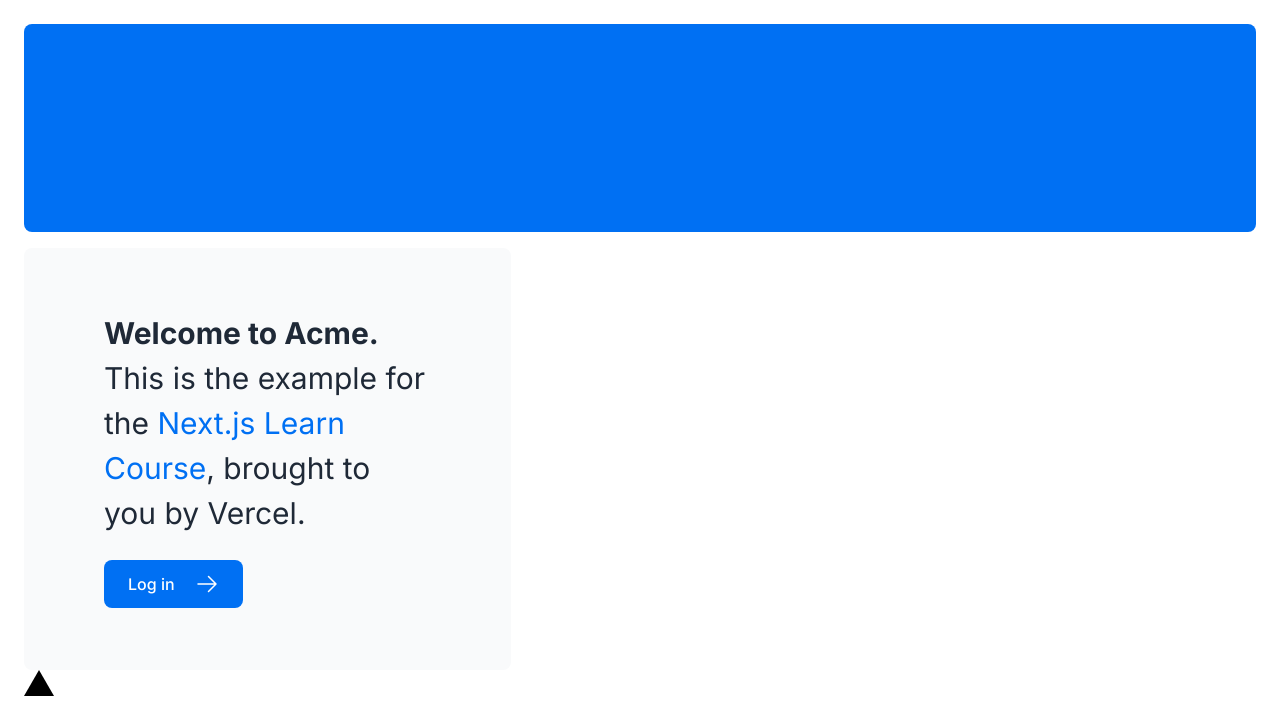
Repository: pdhakal906/nextjs-dashboard
Page: /
These files come from the project's save history. The page is drawn as it stood at one moment and after the next save; the edit follows.
The browser window is 1280 px wide. The pictures show the whole page.
Some web fonts or font styles are not loaded; a fallback is used. The project was rebuilt for these pictures with package versions that can differ from the ones it lists, and the page was loaded fresh each time. The framework's server and built-in components were replaced by stand-ins that run in the browser. Also part of the build but not shown: next.config.ts.

Above is the page before, as saved 2025-02-10 13:53:37.

After the next save:
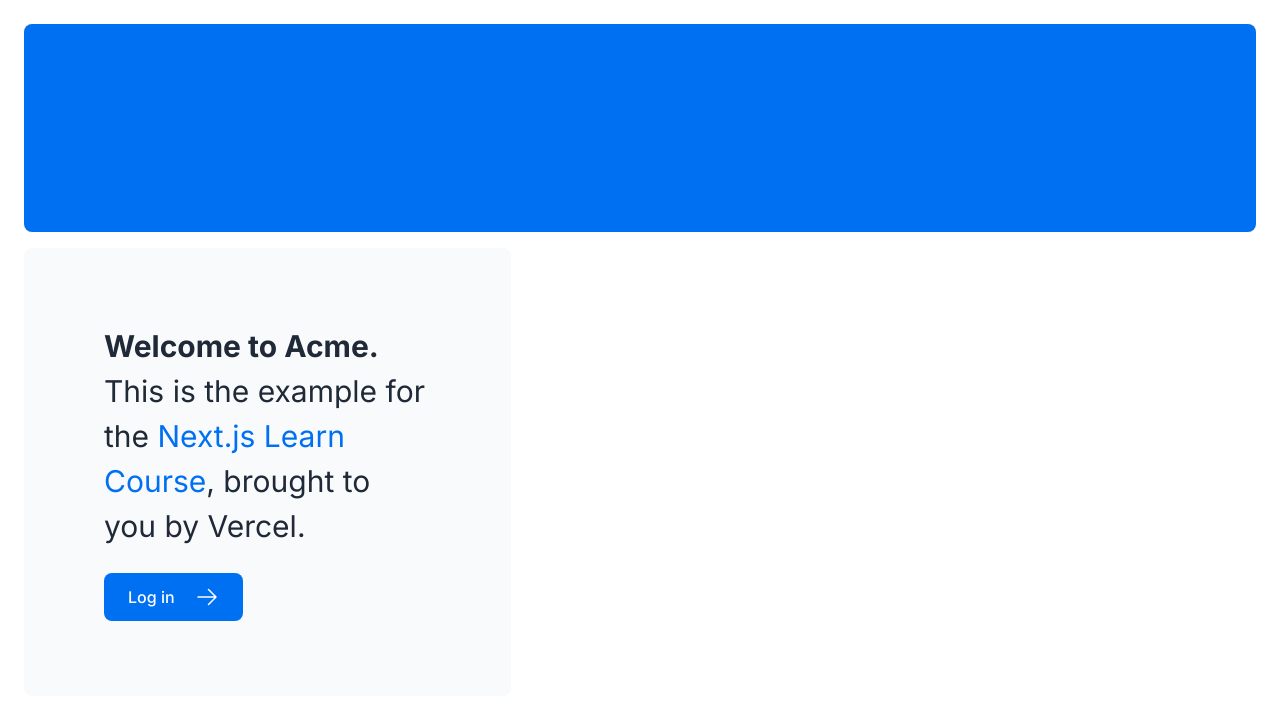
Saved 32 s later.
--- a/app/page.tsx
+++ b/app/page.tsx
@@ -29,9 +29,6 @@
         </div>
 
       </div>
-      <div
-        className="relative w-0 h-0 border-l-[15px] border-r-[15px] border-b-[26px] border-l-transparent border-r-transparent border-b-black"
-      />
     </main>
   );
 }
